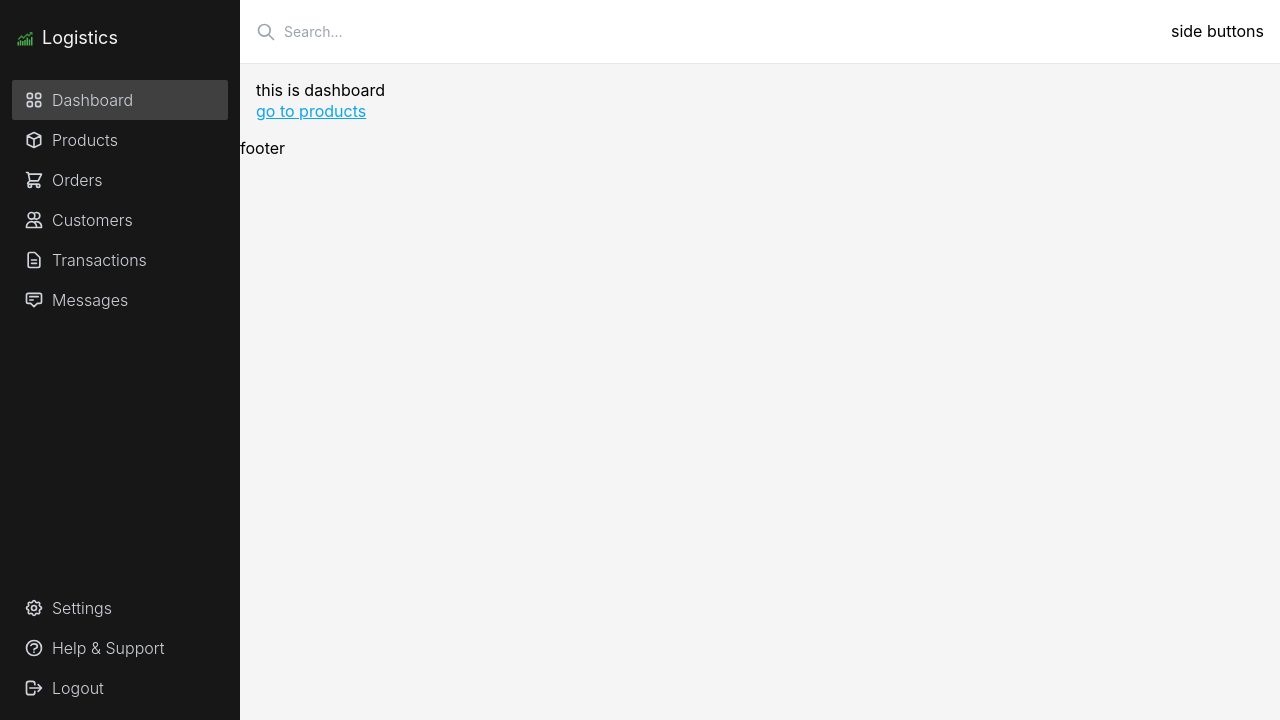
Repository: Mayar2222/Dashboard
Page: /
An editor plug-in stored every save of this project. The page is shown before and after a run of saves, followed by the edit.
The browser window is 1280 px wide. The pictures show the whole page.
The project was rebuilt for these pictures with package versions that can differ from the ones it lists, and the page was loaded fresh each time. Also part of the build but not shown: src/components/Products.jsx.

Above is the page before, as saved 2024-07-18 00:00:05.

After the next 2 saves:
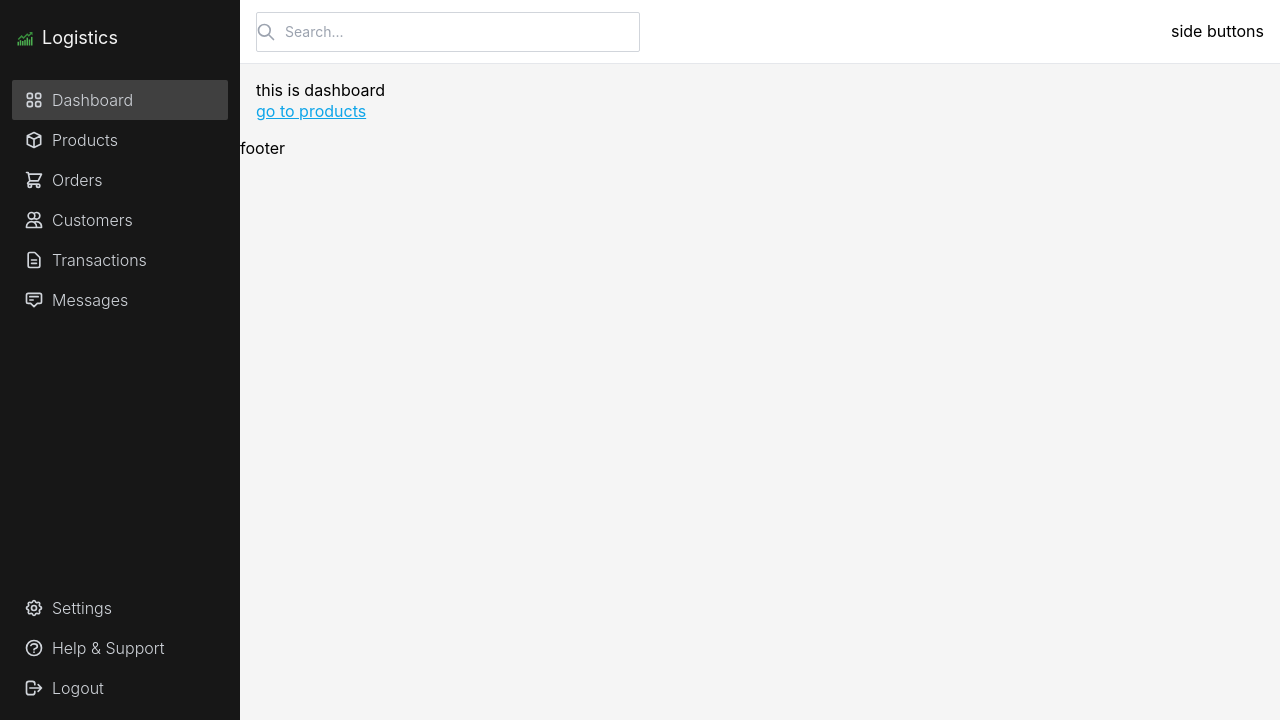
The 2 saves are shown as one change because they came seconds apart.
The last was saved 27 s later.
--- a/src/components/shared/Header.jsx
+++ b/src/components/shared/Header.jsx
@@ -6,7 +6,7 @@ export default function Header() {
     <div className='bg-white h-16 px-4 flex justify-between items-center border-b border-gray-200'>
     <div className='relative'>
         <HiOutlineSearch fontSize={20} className='text-gray-400 absolute top-1/2 -translate-y-1/2 lef-3'/>
-        <input type="text" placeholder='Search...' className='text-sm focus:outline-none active:outline-none h-10 w-[24rem] border-gray-300 rounded-sm pl-7 pr-4' ></input></div>
+        <input type="text" placeholder='Search...' className='text-sm focus:outline-none active:outline-none h-10 w-[24rem] border border-gray-300 rounded-sm pl-7 pr-4' ></input></div>
     <div>side buttons</div>
     </div>
 
